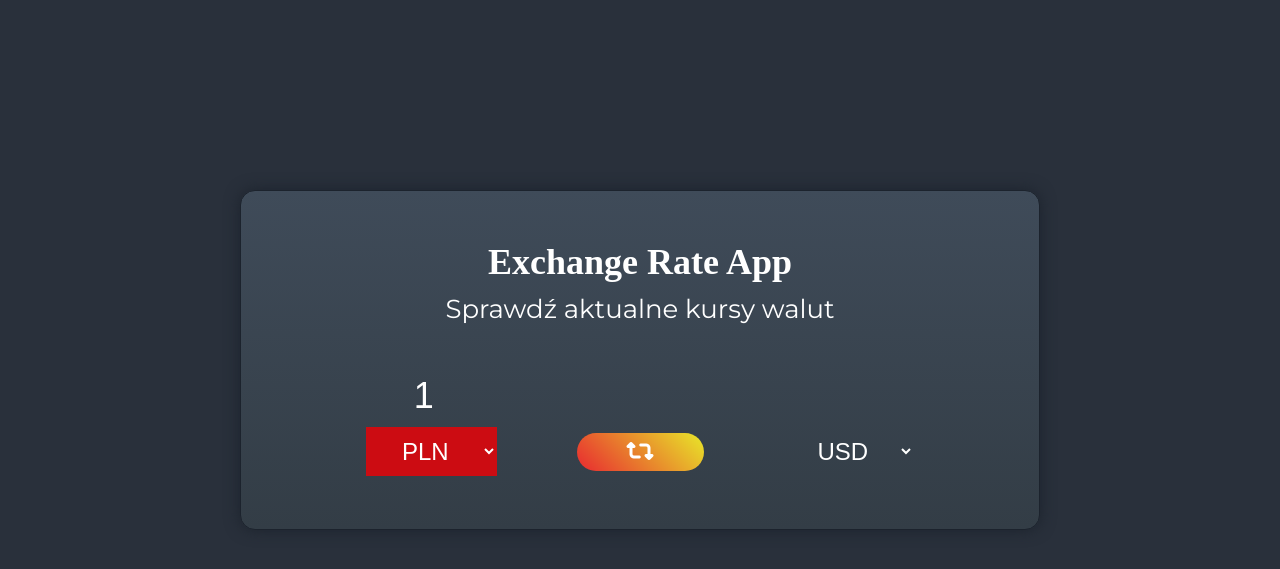
Repository: KrzysKolo/Projekt-6_Kantor
Page: index.html
These files come from the project's save history. The page is drawn as it stood at one moment and after the next save; the edit follows.
The browser window is 1280 px wide. The pictures show the whole page.
The pointer rests on the first visible `.app-body select`.
Some web fonts or font styles are not loaded; a fallback is used. Some web libraries are served in a nearby version.

Above is the page before, as saved 2020-07-12 07:01:59.

After the next save:
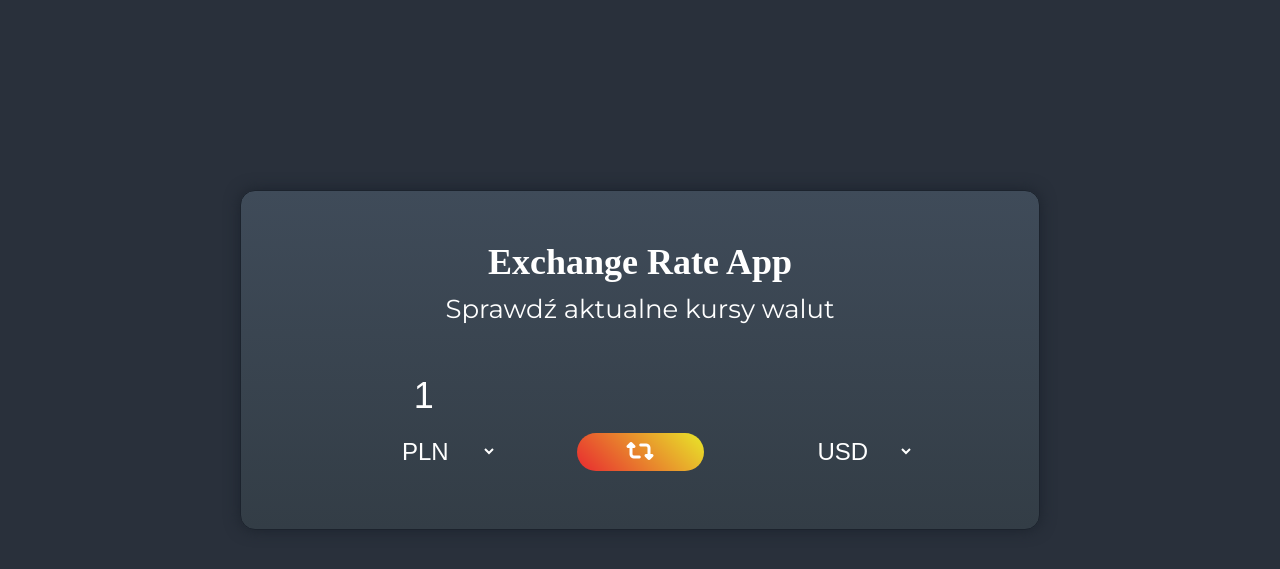
Saved 22 s later.
--- a/css/style.css
+++ b/css/style.css
@@ -68,7 +68,7 @@ body {
 .app-body option {
   color: #333;
 }
-.app-body select:hover {
+.app-body option:hover {
   background-color: rgb(204, 12, 18);
   color: #fff;
 }
